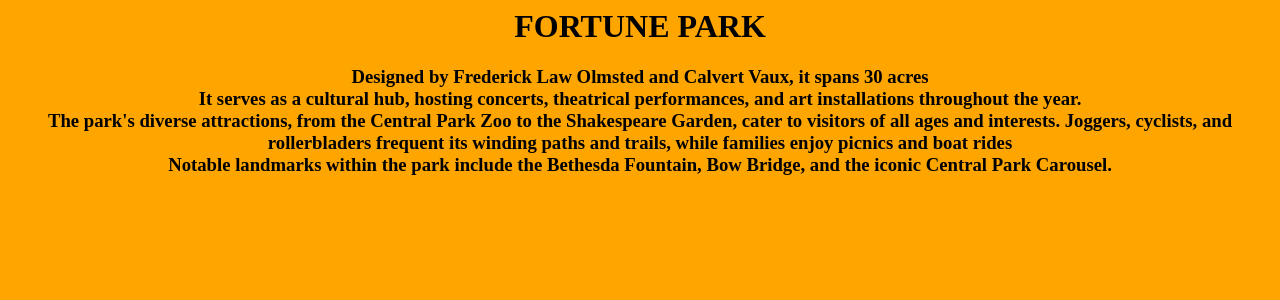
Repository: Oviya24032K6/NearMe
Page: ovi/surveyapp/static/FORTUNE PARK.html
These files come from the project's save history. The page is drawn as it stood at one moment and after the next save; the edit follows.
The browser window is 1280 px wide. The pictures show the whole page.

Above is the page before, as saved 2024-03-25 22:59:32.

### ovi/surveyapp/static/FORTUNE PARK.html
<html>
	<head>
		<title>
            FORTUNE PARK
        </title>
	</head>
	<body bgcolor="orange">
		<h1 align="center" >FORTUNE PARK</h1>
        <h3 align="center">Designed by Frederick Law Olmsted and Calvert Vaux, it spans 30 acres
            <br>It serves as a cultural hub, hosting concerts, theatrical performances, and art installations throughout the year.
            <br>The park's diverse attractions, from the Central Park Zoo to the Shakespeare Garden, cater to visitors of all ages and interests.
            Joggers, cyclists, and rollerbladers frequent its winding paths and trails, while families enjoy picnics and boat rides
            <br>Notable landmarks within the park include the Bethesda Fountain, Bow Bridge, and the iconic Central Park Carousel.
	</body>
</html>

After the next save:
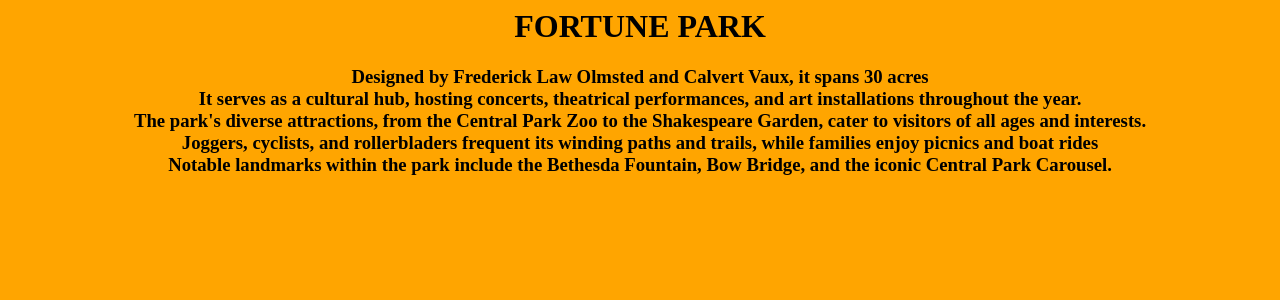
Saved 23 s later.
--- a/ovi/surveyapp/static/FORTUNE PARK.html
+++ b/ovi/surveyapp/static/FORTUNE PARK.html
@@ -9,7 +9,7 @@
         <h3 align="center">Designed by Frederick Law Olmsted and Calvert Vaux, it spans 30 acres
             <br>It serves as a cultural hub, hosting concerts, theatrical performances, and art installations throughout the year.
             <br>The park's diverse attractions, from the Central Park Zoo to the Shakespeare Garden, cater to visitors of all ages and interests.
-            Joggers, cyclists, and rollerbladers frequent its winding paths and trails, while families enjoy picnics and boat rides
+            <br>Joggers, cyclists, and rollerbladers frequent its winding paths and trails, while families enjoy picnics and boat rides
             <br>Notable landmarks within the park include the Bethesda Fountain, Bow Bridge, and the iconic Central Park Carousel.
 	</body>
 </html>
